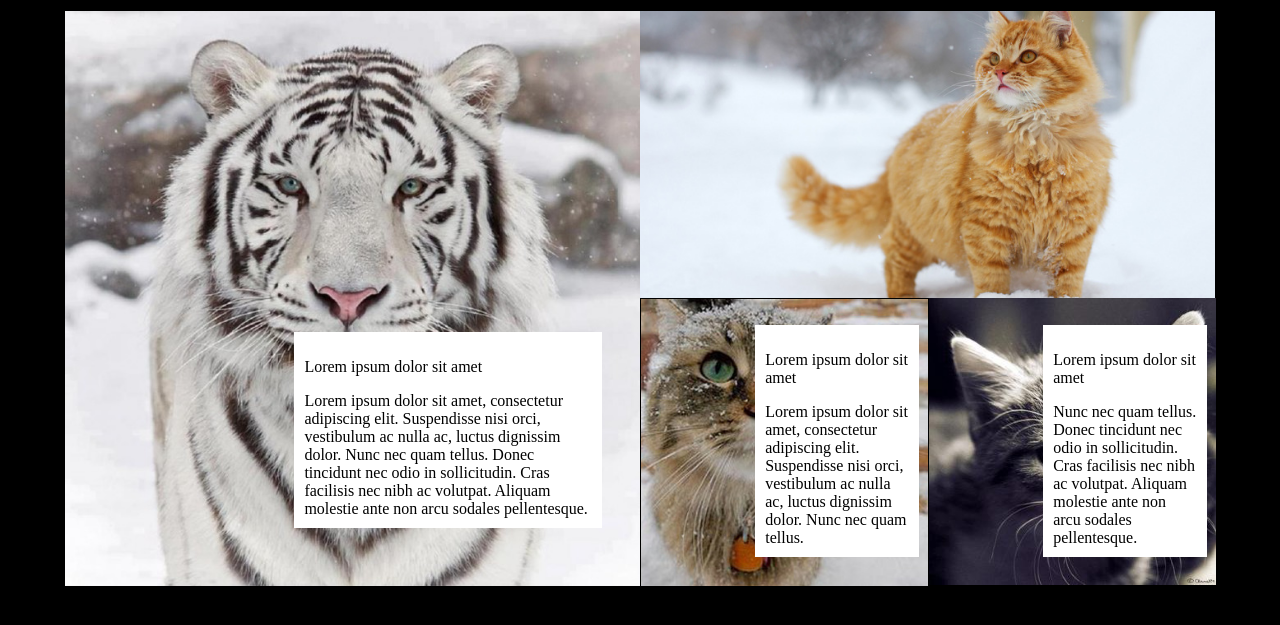
Repository: niebezsensu/Info-Folder
Page: index.html
The author's editor kept a record of every edit. The page is drawn from the files as they stood at one moment, then again after the next edit.
The browser window is 1280 px wide. The pictures show the whole page.

Above is the page before.

### index.html
<html>

<head>
    <meta charset="utf-8">
    <title>Multimedia - Quiz</title>
    <link rel="stylesheet" href="css/folder.css" type="text/css" />

</head>

<body>
    <script src="js/jquery-2.1.3.min.js"></script>
    <script src="js/folder.js"></script>
</body>
<div class="container visible">
    <div class="first-spot">
        <div class="box">

        </div>
        <div class="hidden-box">

        </div>
        <div class="content">
            <p>Lorem ipsum dolor sit amet</p>
            <span>Lorem ipsum dolor sit amet, consectetur adipiscing elit. Suspendisse nisi orci, vestibulum ac nulla ac, luctus dignissim dolor. Nunc nec quam tellus. Donec tincidunt nec odio in sollicitudin. Cras facilisis nec nibh ac volutpat. Aliquam molestie ante non arcu sodales pellentesque.</span>
        </div>
    </div>
    <div class="second-spot">
        <div class="box">

        </div>
        <div class="hidden-box">

        </div>
        <div class="content">
            <p>Lorem ipsum dolor sit amet</p>
            <span>Lorem ipsum dolor sit amet, consectetur adipiscing elit. Suspendisse nisi orci, vestibulum ac nulla ac, luctus dignissim dolor. Nunc nec quam tellus. Donec tincidunt nec odio in sollicitudin. Cras facilisis nec nibh ac volutpat. Aliquam molestie ante non arcu sodales pellentesque.</span>
        </div>
    </div>
    <div class="third-spot">
        <div class="box">

        </div>
        <div class="hidden-box">

        </div>
        <div class="content">
            <p>Lorem ipsum dolor sit amet</p>
            <span>Nunc nec quam tellus. Donec tincidunt nec odio in sollicitudin. Cras facilisis nec nibh ac volutpat. Aliquam molestie ante non arcu sodales pellentesque.</span>
        </div>
    </div>
    <div class="fourth-spot">
        <div class="box">

        </div>
        <div class="hidden-box">

        </div>
        <div class="content">
            <p>Lorem ipsum dolor sit amet</p>
            <span>Lorem ipsum dolor sit amet, consectetur adipiscing elit. Suspendisse nisi orci, vestibulum ac nulla ac, luctus dignissim dolor. Nunc nec quam tellus.</span>
        </div>
    </div>
    <div id="first-slider"></div>
    <div id="first-slider-content">
        <p>Lorem ipsum dolor sit amet</p>
        <span>Lorem ipsum dolor sit amet, consectetur adipiscing elit. Suspendisse nisi orci, vestibulum ac nulla ac, luctus dignissim dolor. Nunc nec quam tellus.</span>
    </div>
    <div id="second-slider"></div>
    <div id="second-slider-content">
        <p>Lorem ipsum dolor sit amet</p>
        <span>Lorem ipsum dolor sit amet, consectetur adipiscing elit. Suspendisse nisi orci, vestibulum ac nulla ac, luctus dignissim dolor. Nunc nec quam tellus.</span>
    </div>
    <div id="third-slider"></div>
    <div id="third-slider-content">
        <p>Lorem ipsum dolor sit amet</p>
        <span>Lorem ipsum dolor sit amet, consectetur adipiscing elit. Suspendisse nisi orci, vestibulum ac nulla ac, luctus dignissim dolor. Nunc nec quam tellus.</span>
    </div>
    <div id="fourth-slider"></div>
    <div id="fourth-slider-content">
        <p>Lorem ipsum dolor sit amet</p>
        <span>Lorem ipsum dolor sit amet, consectetur adipiscing elit. Suspendisse nisi orci, vestibulum ac nulla ac, luctus dignissim dolor. Nunc nec quam tellus.</span>
    </div>
    <audio id="audio1" src="/audio/mendelssohn_op25_lf_01_molt_etc.mp3"></audio>
    <audio id="audio2" src="/audio/Beethoven.mp3"></audio>
    <audio id="audio3" src="/audio/Mozart.mp3"></audio>
    <audio id="audio4" src="/audio/vivaldi.mp3"></audio>
</div>

</html>

### css/folder.css
html {
    background-color: black;
}

.container{
    width: 1400px;
    height: 700px;
    margin: 10px auto;
    background-color: grey;
    overflow:hidden;
    position: relative;
    cursor: pointer;
}

.first-spot{
    width: 50%;
    height: 100%;

    overflow:hidden;
    float: left;
    position:relative;
}
.first-spot .box{
    border: 1px solid black;
    display:none;
    position:absolute;
    left: 0px;
    width: 100%;
    height: 100%;
    background-image: url("/images/white-siberian.jpg");
    background-size: 100% 100%;
}

.first-spot .hidden-box{
    border: 1px solid black;
    position:absolute;
    left: 0px;
    width: 100%;
    height: 100%;
    background-image: url("/images/white-siberian.jpg");
    background-size: 100% 100%;
    opacity: 0.3;
}

.first-spot .content{
    display:none;
    position: absolute;
    width: 50%;
    bottom: 10%;
    left: 40%;
    background-color: white;
    padding: 10px;
}


.second-spot{
    width: 50%;
    height: 50%;

    float: right;

    overflow:hidden;
    position:relative;
}

.second-spot .box{
    position:absolute;
    right: 0px;
    width: 100%;
    height: 100%;
    background-image: url("/images/red-siberian.jpg");
    background-size: 100% 100%;
    border: 1px solid black;
}

.second-spot .hidden-box{
    position:absolute;
    right: 0px;
    width: 100%;
    height: 100%;
    background-image: url("/images/red-siberian.jpg");
    background-size: 100% 100%;
    border: 1px solid black;
    opacity: 0.3;
}

.second-spot .content{
    display:none;
    position: absolute;
    width: 50%;
    bottom: 10%;
    left: 40%;
    background-color: white;
    padding: 10px;
}

.third-spot{
    width: 25%;
    height: 50%;

    float: right;

    overflow:hidden;
    position:relative;

}

.third-spot .box{
    border: 1px solid black;
    display:none;
    position:absolute;
    bottom: 0px;
    width: 100%;
    height: 100%;
    background-image: url("/images/small-cat.jpeg");
    background-size: 100% 100%;
}

.third-spot .hidden-box{
    border: 1px solid black;
    position:absolute;
    bottom: 0px;
    width: 100%;
    height: 100%;
    background-image: url("/images/small-cat.jpeg");
    background-size: 100% 100%;
    opacity: 0.3;
}

.third-spot .content{
    position: absolute;
    width: 50%;
    bottom: 10%;
    left: 40%;
    background-color: white;
    padding: 10px;
}


.fourth-spot{
    width: 25%;
    height: 50%;

    float: right;

    overflow:hidden;
    position:relative;
}

.fourth-spot .box{

    position:absolute;
    left: 0px;
    width: 100%;
    height: 100%;
    background-image: url("/images/snow-cat.jpg");
    background-size: 100% 100%;
    border: 1px solid black;
}

.fourth-spot .hidden-box{
    position:absolute;
    left: 0px;
    width: 100%;
    height: 100%;
    background-image: url("/images/snow-cat.jpg");
    background-size: 100% 100%;
    border: 1px solid black;
    opacity: 0.3;
}

.fourth-spot .content{

    position: absolute;
    width: 50%;
    bottom: 10%;
    left: 40%;
    background-color: white;
    padding: 10px;
}

.hidden div{
    opacity: 0.5;
}

#first-slider{
    right: 0px;
    display:none;
    position: absolute;
    width: 100%;
    height: 100%;
    background-image: url("/images/tigers.jpg");
    background-size: 100% 100%;
}
#second-slider{
    right: 0px;
    display:none;
    position: absolute;
    width: 100%;
    height: 100%;
    background-image: url("/images/siberians.jpg");
    background-size: 100% 100%;
}
#third-slider{
    right: 0px;
    display:none;
    position: absolute;
    width: 100%;
    height: 100%;
    background-image: url("/images/kittens.jpg");
    background-size: 100% 100%;
}
#fourth-slider{
    right: 0px;
    display:none;
    position: absolute;
    width: 100%;
    height: 100%;
    background-image: url("/images/Pallas_cat.JPG");
    background-size: 100% 100%;
}

### js/folder.js


$(document).ready(function() {

    $(window).on('resize', function(){
        var pageHeight = $(window).height();
    var pageWidth = $(window).width();
    if(pageWidth > 2000) {
        pageWidth = 2000;
    }
    $('.container').css('width',pageWidth*9/10)
    $('.container').css('height',(pageWidth/2)*9/10)
    });
    var pageHeight = $(window).height();
    var pageWidth = $(window).width();
    if(pageWidth > 2000) {
        pageWidth = 2000;
    }
    $('.container').css('width',pageWidth*9/10)
    $('.container').css('height',(pageWidth/2)*9/10)


    var sliderRight = $('.container').width();
    $('#first-slider').css('right', sliderRight);
    $('#first-slider').show();
    $('#second-slider').css('right', sliderRight);
    $('#second-slider').show();
    $('#third-slider').css('right', sliderRight);
    $('#third-slider').show();
    $('#fourth-slider').css('right', sliderRight);
    $('#fourth-slider').show();

    var firstSpotBoxRight = $(".first-spot").width();
    $(".first-spot .box").css('left', firstSpotBoxRight);
    $(".first-spot .box").show();
    $(".first-spot .box").animate({
        left: 0
    }, 200, "linear", function() {});

    var secondSpotBoxTop = $(".second-spot").width();
    $(".second-spot .box").css('right', secondSpotBoxTop);
    $(".second-spot .box").show();
    $(".second-spot .box").animate({
        right: 0
    }, 200, "linear", function() {});

    var thirdSpotBoxTop = $(".third-spot").width();
    $(".third-spot .box").css('bottom', thirdSpotBoxTop);
    $(".third-spot .box").show();
    $(".third-spot .box").animate({
        bottom: 0
    }, 200, "linear", function() {});

    var fourthSpotBoxTop = $(".fourth-spot").width();
    $(".fourth-spot .box").css('left', fourthSpotBoxTop);
    $(".fourth-spot .box").show();
    $(".fourth-spot .box").animate({
        left: 0
    }, 200, "linear", function() {});

    $('.first-spot .content').toggle('slow');



    $(".first-spot").on('click', function() {
        $("#first-slider").animate({
            right: 0
        }, 500, "linear", function() {
            $(".first-spot .box").css('left', firstSpotBoxRight);
            $(".second-spot .box").css('right', secondSpotBoxTop);
            $(".third-spot .box").css('bottom', thirdSpotBoxTop);
            $(".fourth-spot .box").css('left', fourthSpotBoxTop);
        });
    });

    $(".second-spot").on('click', function() {
        $("#second-slider").animate({
            right: 0
        }, 500, "linear", function() {
            $(".first-spot .box").css('left', firstSpotBoxRight);
            $(".second-spot .box").css('right', secondSpotBoxTop);
            $(".third-spot .box").css('bottom', thirdSpotBoxTop);
            $(".fourth-spot .box").css('left', fourthSpotBoxTop);
        });
    });

    $(".third-spot").on('click', function() {
        $("#third-slider").animate({
            right: 0
        }, 500, "linear", function() {
            $(".first-spot .box").css('left', firstSpotBoxRight);
            $(".second-spot .box").css('right', secondSpotBoxTop);
            $(".third-spot .box").css('bottom', thirdSpotBoxTop);
            $(".fourth-spot .box").css('left', fourthSpotBoxTop);
        });
    });

    $(".fourth-spot").on('click', function() {
        $("#fourth-slider").animate({
            right: 0
        }, 500, "linear", function() {
            $(".first-spot .box").css('left', firstSpotBoxRight);
            $(".second-spot .box").css('right', secondSpotBoxTop);
            $(".third-spot .box").css('bottom', thirdSpotBoxTop);
            $(".fourth-spot .box").css('left', fourthSpotBoxTop);
        });
    });


    $("#first-slider").on('click', function() {
        $('#first-slider').css('right', sliderRight);

        $(".first-spot .box").animate({
            left: 0
        }, 200, "linear", function() {});
        $(".second-spot .box").animate({
            right: 0
        }, 200, "linear", function() {});
        $(".third-spot .box").animate({
            bottom: 0
        }, 200, "linear", function() {});
        $(".fourth-spot .box").animate({
            left: 0
        }, 200, "linear", function() {});
    });

    $("#second-slider").on('click', function() {
        $('#second-slider').css('right', sliderRight);

        $(".first-spot .box").animate({
            left: 0
        }, 200, "linear", function() {});
        $(".second-spot .box").animate({
            right: 0
        }, 200, "linear", function() {});
        $(".third-spot .box").animate({
            bottom: 0
        }, 200, "linear", function() {});
        $(".fourth-spot .box").animate({
            left: 0
        }, 200, "linear", function() {});
    });

    $("#third-slider").on('click', function() {
        $('#third-slider').css('right', sliderRight);

        $(".first-spot .box").animate({
            left: 0
        }, 200, "linear", function() {});
        $(".second-spot .box").animate({
            right: 0
        }, 200, "linear", function() {});
        $(".third-spot .box").animate({
            bottom: 0
        }, 200, "linear", function() {});
        $(".fourth-spot .box").animate({
            left: 0
        }, 200, "linear", function() {});
    });

    $("#fourth-slider").on('click', function() {
        $('#fourth-slider').css('right', sliderRight);

        $(".first-spot .box").animate({
            left: 0
        }, 200, "linear", function() {});
        $(".second-spot .box").animate({
            right: 0
        }, 200, "linear", function() {});
        $(".third-spot .box").animate({
            bottom: 0
        }, 200, "linear", function() {});
        $(".fourth-spot .box").animate({
            left: 0
        }, 200, "linear", function() {});
    });
});

Loaded but not shown: js/jquery-2.1.3.min.js (library)

After the next edit:
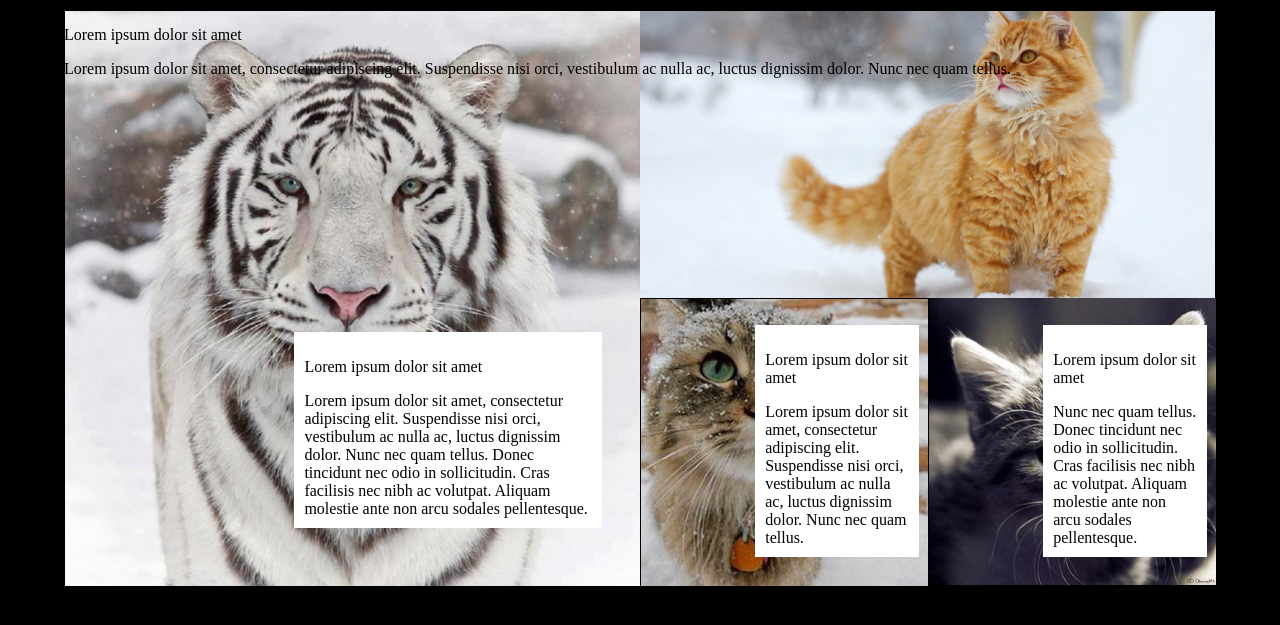
The edit:
--- a/css/folder.css
+++ b/css/folder.css
@@ -192,6 +192,13 @@
     background-image: url("/images/tigers.jpg");
     background-size: 100% 100%;
 }
+#first-slider-content{
+    right: 0px;
+    display:block;
+    position: absolute;
+    width: 100%;
+    height: 100%;
+}
 #second-slider{
     right: 0px;
     display:none;
